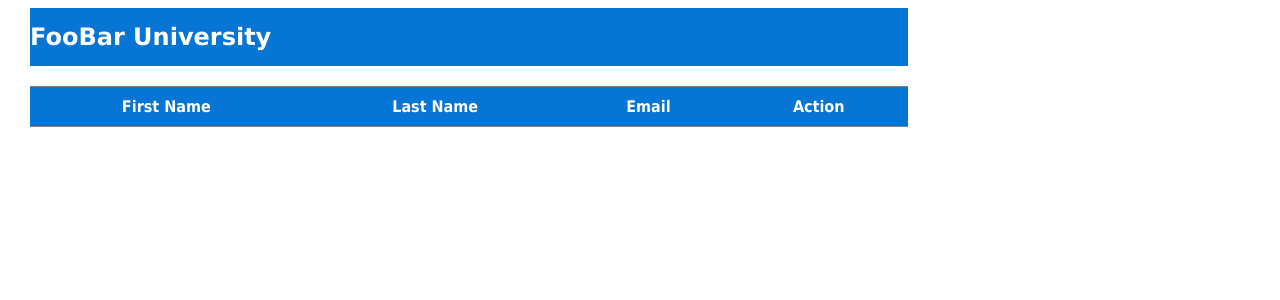
Repository: td2210z/java-jsp
Page: http://localhost/web-student-tracker/StudentControllerServlet
These files come from the project's save history. The page is drawn as it stood at one moment and after the next save; the edit follows.
The browser window is 1280 px wide. The pictures show the whole page.
The page is served by Tomcat 9. Other server files are loaded and not shown. Queries for data that is not in the repository find no rows.

Above is the page before, as saved 2024-12-05 11:35:35.

### src/web-student-tracker/WebContent/list-students.jsp
<%@ taglib uri = "http://java.sun.com/jsp/jstl/core"  prefix = "c"%>
<!DOCTYPE html>
<html>

<head>
	<title>Student Tracker App</title>
	<link type = "text/css" rel = "stylesheet" href = "css/style.css">
</head>



<body>

	<div id="wrapper">
		<div id="header">
			<h2>FooBar University</h2>
		</div>
	</div>

	<div id="container">

		<div id="content">

			<table>

				<tr>
					<th>First Name</th>
					<th>Last Name</th>
					<th>Email</th>
					<th>Action</th>
				</tr>

				<c:forEach var = "tempStudent" items = "${STUDENT_LIST }">
					<tr>
						<td> ${tempStudent.first_name } </td>
						<td> ${tempStudent.last_name } </td>
						<td>  ${tempStudent.email } </td>
						<td>todo: add a link here</td>
					</tr>

				</c:forEach>

			</table>

		</div>

	</div>
</body>


</html>

### src/web-student-tracker/src/com/luv2code/web/jdbc/StudentControllerServlet.java
package com.luv2code.web.jdbc;

import java.io.IOException;
import java.util.List;

import javax.annotation.Resource;
import javax.servlet.RequestDispatcher;
import javax.servlet.ServletException;
import javax.servlet.annotation.WebServlet;
import javax.servlet.http.HttpServlet;
import javax.servlet.http.HttpServletRequest;
import javax.servlet.http.HttpServletResponse;
import javax.sql.DataSource;

/**
 * Servlet implementation class StudentControllerServlet
 */
@WebServlet("/StudentControllerServlet")
public class StudentControllerServlet extends HttpServlet {
	private static final long serialVersionUID = 1L;
	private StudentDbUtil studentDbUtil;

	@Resource(name = "jdbc/web_student_tracker")
	private DataSource dataSource;

	@Override
	public void init() throws ServletException {
		super.init();

		// create our student db util ... and pass in the conn pool / datasource
		try {
			studentDbUtil = new StudentDbUtil(dataSource);
		}
		catch (Exception exc) {
			throw new ServletException(exc);
		}
	}

	protected void doGet(HttpServletRequest request, HttpServletResponse response) throws ServletException, IOException {
		try {
			listStudents(request, response);

		} catch (Exception exc) {
			// TODO: handle exception
			throw new ServletException(exc);
		}
	}

	private void listStudents(HttpServletRequest request, HttpServletResponse response)
			throws Exception {

			// get students from db util
			List<Student> students = studentDbUtil.getStudents();

			// add students to the request
			request.setAttribute("STUDENT_LIST", students);

			// send to JSP page (view)
			RequestDispatcher dispatcher = request.getRequestDispatcher("/list-students.jsp");
			dispatcher.forward(request, response);
		}

}

### src/web-student-tracker/WebContent/css/style.css
html, body{
	margin-left:15px; margin-right:15px;
	padding:0px;
	font-family:Verdana, Arial, Helvetica, sans-serif;
}

table {
	border-collapse:collapse;
	border-bottom:1px solid gray;
	font-family: Tahoma,Verdana,Segoe,sans-serif;
	width:72%;
}

th {
	border-bottom:1px solid gray;
	background:none repeat scroll 0 0 #0775d3;
	padding:10px;
	color: #FFFFFF;
}

tr {
	border-top:1px solid gray;
	text-align:center;
}

tr:nth-child(even) {background: #FFFFFF}
tr:nth-child(odd) {background: #BBBBBB}

#wrapper {width: 100%; margin-top: 0px; }
#header {width: 72%; background: #0775d3; margin-top: 0px; padding:15px 0px 15px 0px;}
#header h2 {width: 100%; margin:auto; color: #FFFFFF;}
#container {width: 100%; margin:auto}
#container h3 {color: #000;}
#container #content {margin-top: 20px;}

.add-student-button {
	border: 1px solid #666;
	border-radius: 5px;
	padding: 4px;
	font-size: 12px;
	font-weight: bold;
	width: 120px;
	padding: 5px 10px;

	margin-bottom: 15px;
	background: #cccccc;
}

After the next save:
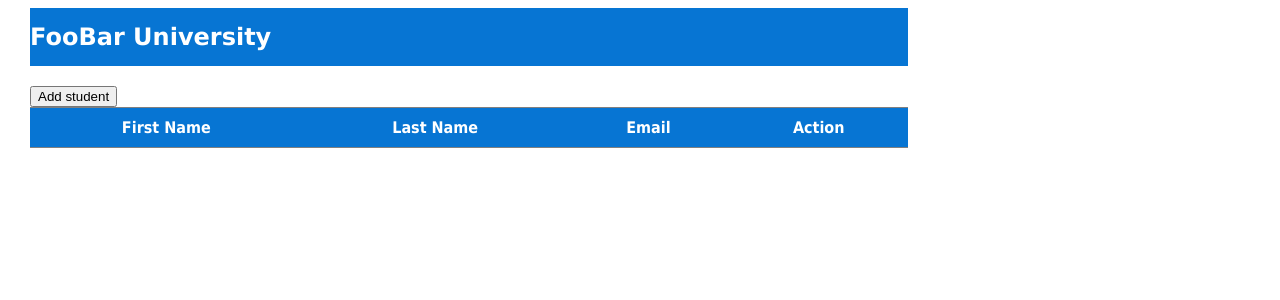
Saved 2 min 1 s later.
--- a/src/web-student-tracker/WebContent/list-students.jsp
+++ b/src/web-student-tracker/WebContent/list-students.jsp
@@ -20,6 +20,10 @@
 	<div id="container">
 
 		<div id="content">
+		    <input type = "button" value = "Add student"
+		           onclick= "window.location.href='add-student-form.jsp'; return false "
+		           class = "odd-student-button"
+		    />
 
 			<table>
 
